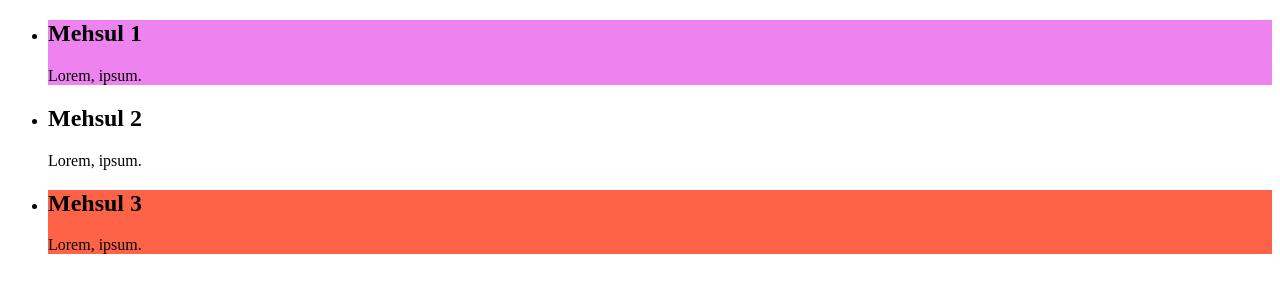
Repository: AytacSafarova/task-111
Page: index.html
An editor plug-in stored every save of this project. The page is shown before and after the next save, followed by the edit.
The browser window is 1280 px wide. The pictures show the whole page.

Above is the page before, as saved 2023-09-25 11:28:18.

After the next save:
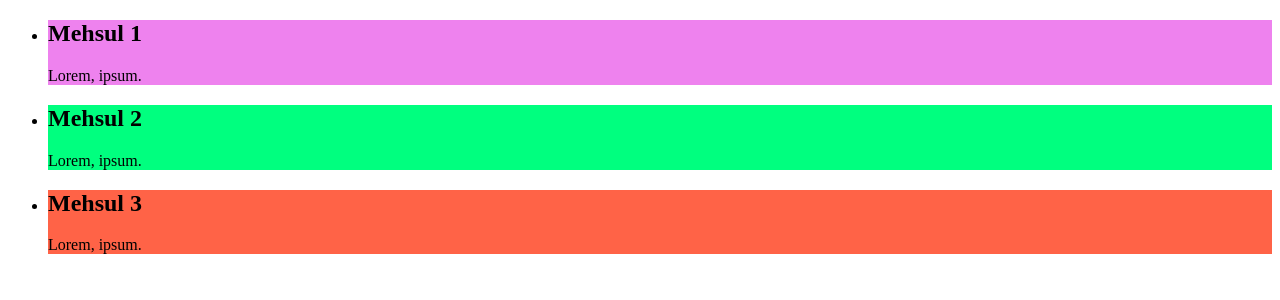
Saved 4 s later.
--- a/index.html
+++ b/index.html
@@ -22,7 +22,7 @@ li:last-child{
   background-color: tomato;
 }
 li:nth-child(2){
-  background-color: ;
+  background-color: springgreen;
 }
   </style>
 <body>
